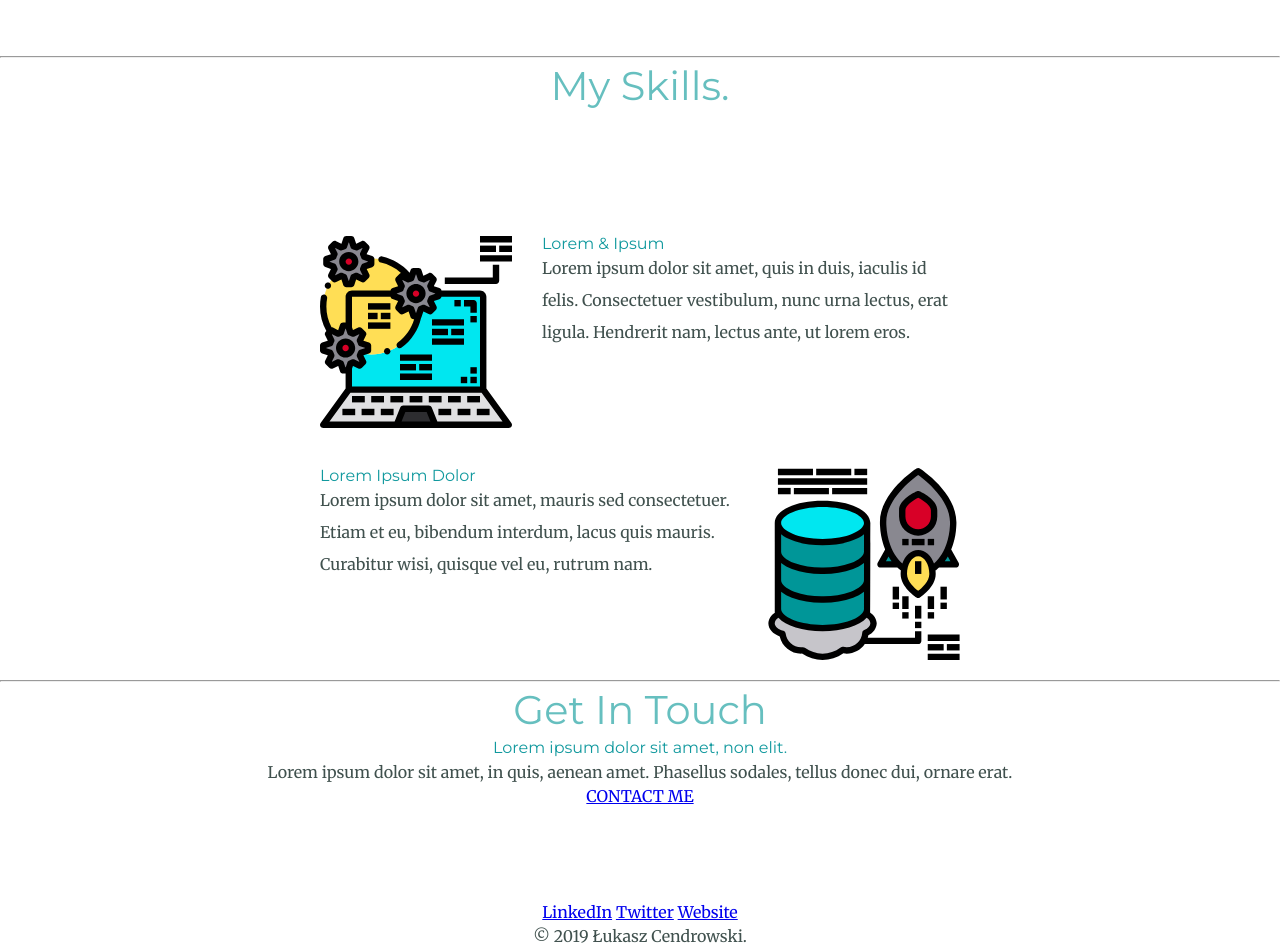
Repository: Isanderr/simple_landing_page-1
Page: index.html
The author's editor kept a copy of each file at every save. The page is drawn from the files as they stood at one save, then again after the next save.
The browser window is 1280 px wide. The pictures show the part of the page from y = 982 to 1934 px (the page is 1934 px tall before and 1808 px after).
A picture or video elsewhere on the page could not be fetched, so the positions and the page height are approximate.

Above is the page before, as saved 2019-02-01 17:40:48.

### index.html
<!DOCTYPE html>
<html lang="en">

    <head>
        <meta charset="UTF-8">
        <meta name="viewport" content="width=device-width, initial-scale=1.0">
        <meta http-equiv="X-UA-Compatible" content="ie=edge">
        <title>CendrowskiL</title>
        <link rel="stylesheet" href="css/reset.css">
        <link rel="stylesheet" href="css/styles.css">
        <link rel="shortcut icon" href="img/favicon.ico" type="image/x-icon">
        <link href="https://fonts.googleapis.com/css?family=Merriweather|Montserrat|Sacramento" rel="stylesheet">
    </head>

    <body>
    </body>
    <div class="top-container">
        <img class="top-cloud" src="img/cloud.png" alt="cloud-image">
        <h1>I'm Luke</h1>
        <h2>a <span class="pro">pro</span>grammer.</h2>
        <img class="bottom-cloud" src="img/cloud.png" alt="cloud-image">
        <img src="img/mountain.png" alt="mountain-image">
    </div>
    <div class="middle-container">
        <div class="profile">
            <img src="img/man.svg" alt="man" class="man-img">
            <h2>Hello.</h2>
            <p class="intro">Lorem ipsum dolor sit amet, vitae volutpat, dui conubia, dolor urna. Non auctor, montes
                nulla distinctio.</p>
        </div>
        <hr>
        <div class="skills">
            <h2>My Skills.</h2>
            <div class="skill-row">
                <img class="computer-img" src="img/optimize.svg" alt="computer">
                <h3>Lorem & Ipsum</h3>
                <p>Lorem ipsum dolor sit amet, quis in duis, iaculis id felis. Consectetuer vestibulum, nunc urna
                    lectus, erat ligula. Hendrerit nam, lectus ante, ut lorem eros.</p>
            </div>
            <div class="skill-row">
                <img src="img/hosting.svg" class="hosting-img" alt="rocket-databes">
                <h3>Lorem Ipsum Dolor</h3>
                <p>Lorem ipsum dolor sit amet, mauris sed consectetuer. Etiam et eu, bibendum interdum, lacus quis
                    mauris. Curabitur wisi, quisque vel eu, rutrum nam.</p>
            </div>
        </div>
        <hr>
        <div class="contact-me">
            <h2>Get In Touch</h2>
            <h3>Lorem ipsum dolor sit amet, non elit.</h3>
            <p>Lorem ipsum dolor sit amet, in quis, aenean amet. Phasellus sodales, tellus donec dui, ornare erat.</p>
            <a class="btn" href="mailto:name@email.com">CONTACT ME</a>
        </div>
    </div>
    <div class="bottom-container">
        <a class="footer-link" href="https://www.linkedin.com/">LinkedIn</a>
        <a class="footer-link" href="https://twitter.com/">Twitter</a>
        <a class="footer-link" href="https://www.appbrewery.co/">Website</a>
        <p>© 2019 Łukasz Cendrowski.</p>
    </div>
    </body>

</html>

### css/styles.css
/* font-family: 'Merriweather', serif;
font-family: 'Sacramento', cursive;
font-family: 'Montserrat', sans-serif; */

body{
    color: #40514E;
    margin: 0;
    text-align: center;
    font-family: 'Merriweather', serif;
}

h1 {
    color: #66bfbf;
    margin-top: 50px auto 0 auto;
    font-family: 'Sacramento', cursive;
    font-size: 5.625rem;
}
h2 {
    font-size: 2.5rem;
    font-family: 'Montserrat', sans-serif;
    color: #66bfbf;
    font-weight: normal;
    padding-bottom: 10px;
}
h3 {
    font-family: 'Montserrat', sans-serif;
    color: #11999E;
}

p {
    line-height: 2;
}

.top-container {
background-color: #E4f9f5;
position: relative;
padding-top: 100px;
}
.middle-container {
margin: 100px 0;
}
.contact-me{

}
.bottom-container {

}

.pro {
    text-decoration: underline;
}

.intro {

}

.top-cloud{
position: absolute;
right: 300px;
top: 50px;
}
.bottom-cloud {
position: absolute;
left: 300px;
bottom: 300px;
}

.profile {
    width: 50%;
    margin: auto;
    margin: 100px auto 100px auto;
    line-height: 2;
}

.skill-row {
    width: 50%;
    margin: auto;
    margin: 120px auto 100px auto;
    text-align: left;

}

.man-img {
width: 30%;
}

.computer-img {
    width: 30%;
    float: left;
    margin-right: 30px;
}

.hosting-img {
    width: 30%;
    float: right;
    margin-left: 30px;
}

Loaded but not shown: css/reset.css (common file)

After the next save:
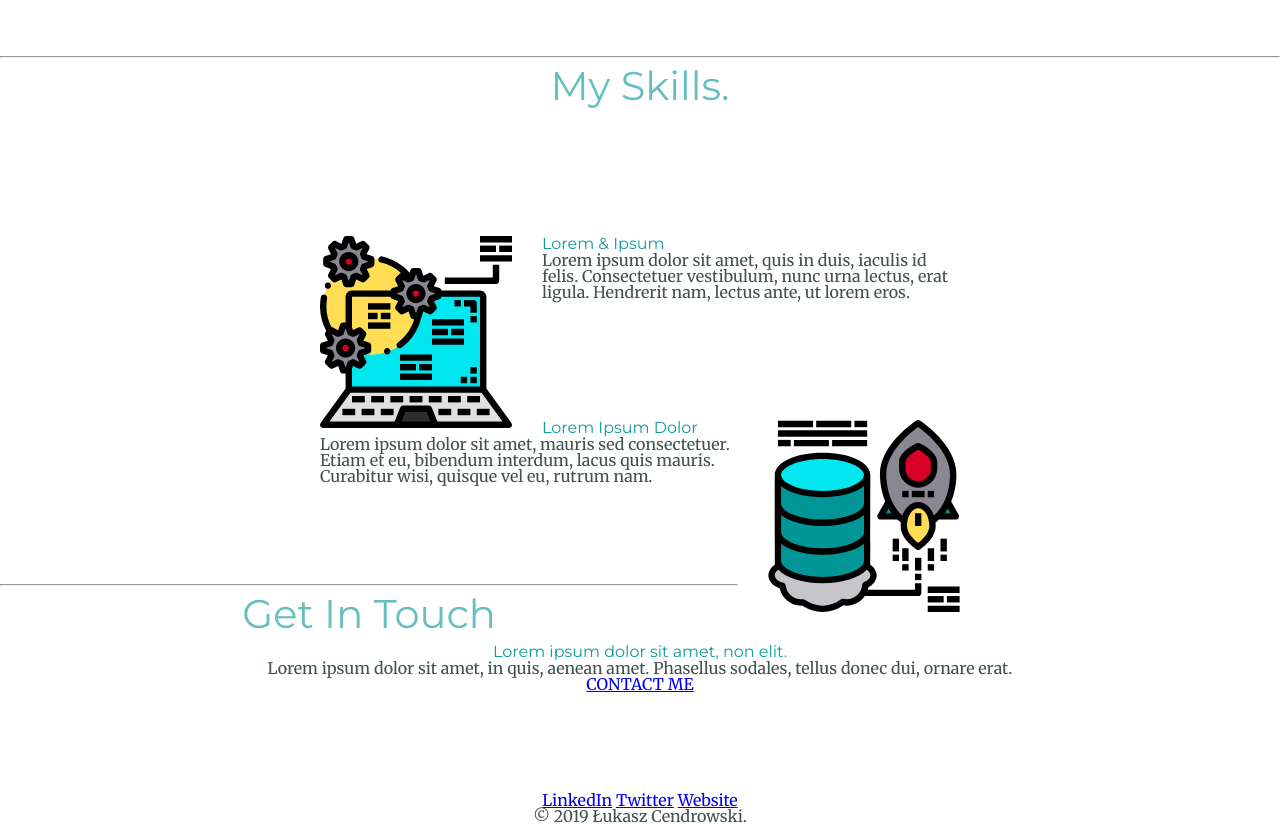
Saved 25 s later.
--- a/css/styles.css
+++ b/css/styles.css
@@ -27,9 +27,6 @@ h3 {
     color: #11999E;
 }
 
-p {
-    line-height: 2;
-}
 
 .top-container {
 background-color: #E4f9f5;
